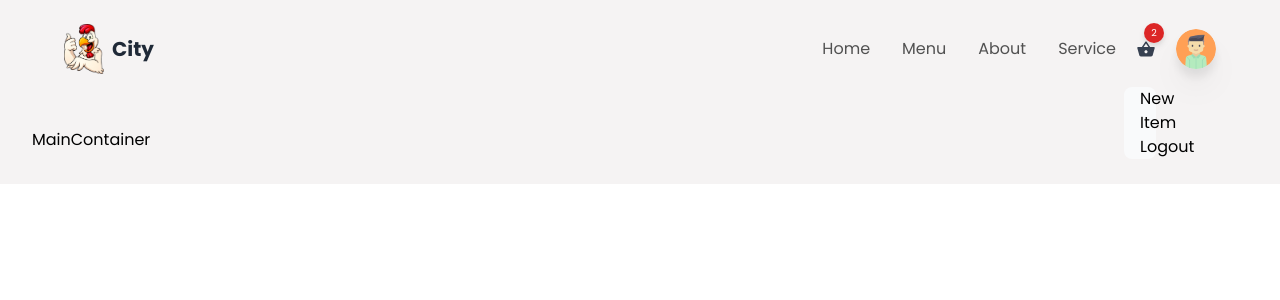
Repository: shikubro90/foodApp
Page: /
These files come from the project's save history. The page is drawn as it stood at one moment and after a run of saves; the edit follows.
The browser window is 1280 px wide. The pictures show the whole page.
The project was rebuilt for these pictures with package versions that can differ from the ones it lists, and the page was loaded fresh each time. Also part of the build but not shown: src/Components/CreateContainer.jsx.

Above is the page before, as saved 2022-09-21 19:16:22.

### src/index.js
import React from 'react'
import ReactDOM from 'react-dom/client'
import './index.css'
import App from './App'

import {BrowserRouter} from 'react-router-dom'

import {StateProvider} from './context/StateProvider'
import {initialState} from './context/InitialState'
import reducer from './context/reducer'

const root = ReactDOM.createRoot(document.getElementById('root'));
root.render(
  <React.StrictMode>
    <BrowserRouter>
      <StateProvider initialState={initialState} reducer={reducer}>
        <App />
      </StateProvider>
    </BrowserRouter>
  </React.StrictMode>
);

### src/index.css
@import url(https://fonts.googleapis.com/css?family=Poppins:100,100italic,200,200italic,300,300italic,regular,italic,500,500italic,600,600italic,700,700italic,800,800italic,900,900italic);

*{
    margin: 0;
    padding: 0;
    box-sizing: border-box;
}
body{
    font-family: "Poppins", sans-serif, system-ui, -apple-system, BlinkMacSystemFont, 'Segoe UI', Roboto, Oxygen, Ubuntu, Cantarell, 'Open Sans', 'Helvetica Neue', sans-serif;
}

html, body{
    scroll-behavior: smooth;
}

@tailwind base;
@tailwind components;
@tailwind utilities;

@layer components {
    .newDishCard {
      @apply w-225 h-auto p-4 rounded-2xl shadow-2xl duration-100 ease-in-out bg-cardColor backdrop-blur-md hover:shadow-none hover:bg-gradient-to-bl from-emerald-400 to-emerald-700 flex flex-col items-center justify-center relative;
    }
  }

### src/App.js
import React from 'react'
import { Header, CreateContainer, MainContainer } from './Components'
import {Route, Routes} from 'react-router-dom'
import {AnimatePresence} from 'framer-motion'

const App = () => {
  return (
    <AnimatePresence>
      <div className="w-screen h-auto flex flex-col bg-primary ">
          <Header/>
          <main className='mt-24 p-8 w-full'>
            <Routes>
              <Route path='/' element={<MainContainer/>}/>
              <Route path='create' element={<CreateContainer/>}/>
            </Routes>
          </main>
      </div>
    </AnimatePresence>
  )
}

export default App

### src/context/InitialState.js
import { fetchUser } from "../utils/localStorageData"

const userInfo = fetchUser()

export const initialState = {
    user: userInfo,


}

### src/context/reducer.js
export const actionType = {
    SET_USER : "SET_USER"
};

const reducer = (state, action) =>{
    switch (action.type) {
        case actionType.SET_USER:
          return {
            ...state,
            user: action.user,
          };
        default :
        return state;
    }
}

export default reducer;

### src/Components/index.js
export {default as Header} from './Header'
export {default as MainContainer} from './MainContainer'
export {default as CreateContainer} from './CreateContainer'

### src/utils/localStorageData.js
export const fetchUser =()=>{
    const userInfo = localStorage.getItem("user") !== "undefined" ?
    JSON.parse(localStorage.getItem("user")): localStorage.clear();

    return userInfo
}

### src/Components/Header.jsx
import logo from '../img/logo.png'
import { IoMdBasket } from 'react-icons/io'
import Avatar from '../img/avatar.png'
import { motion } from 'framer-motion'
import { Link, NavLink } from 'react-router-dom'

// firebase auth
import { getAuth, GoogleAuthProvider, signInWithPopup } from 'firebase/auth'

// get app from firebase.config.js file
import { app } from '../Firebase.config'
import { useStateValue } from '../context/StateProvider'
import { actionType } from '../context/reducer'


const Header = () => {

  const firebaseAuth = getAuth(app)
  const provider = new GoogleAuthProvider()
  const [{ user }, dispatch] = useStateValue();


  const login = async () => {
    if (!user){
      const {
        user: {refreshToken, providerData }
      } = await signInWithPopup(firebaseAuth, provider)
      dispatch({
        type: actionType.SET_USER,
        user: providerData[0],
      })
      localStorage.setItem("user", JSON.stringify(providerData[0]))
    }
  }


  return (
    <div className="fixed z-50 w-screen p-3 px-4 md:p-6 md:px-16 bg-primary">
      {/* Desktop & Tablet */}
      <div className="hidden md:flex w-full h-full items-center justify-between">
        <NavLink to={'/'}>
          <motion.div
            whileTap={{ scale: 0.6 }}
            className="flex items-center gap-2"
          >
            <img src={logo} alt="logo" className="w-10 object-cover" />
            <p className="text-gray-800 text-xl font-bold">City</p>
          </motion.div>
        </NavLink>

        <div className="flex justify-center items-center">
          <ul className="flex items-center justify-center gap-8 ml-auto">
            <li className="text-base text-textColor cursor-pointer hover:text-gray-600 duration-100 ease-in-out">
              Home
            </li>
            <li className="text-base text-textColor cursor-pointer hover:text-gray-600 duration-100 ease-in-out">
              Menu
            </li>
            <li className="text-base text-textColor cursor-pointer hover:text-gray-600 duration-100 ease-in-out">
              About
            </li>
            <li className="text-base text-textColor cursor-pointer hover:text-gray-600 duration-100 ease-in-out">
              Service
            </li>
          </ul>

          <div className="relative flex items-center justify-center ml-5 cursor-pointer">
            <motion.div whileTap={{ scale: 0.6 }}>
              <IoMdBasket className="text-xl text-gray-700" />
              <motion.span
                whileHover={{ scale: 1.1 }}
                className="drop-shadow-md rounded-full w-5 h-5 bg-cart bg-car bg-red-600 flex justify-center items-center text-[.6rem] text-white -top-4 -right-2 absolute"
              >
                2
              </motion.span>
            </motion.div>
            <div className='w-4 absolute bg-gray-50 right-0 top-12 rounded-lg flex flex-col px-4 py-'>
              <p>New Item</p>
              <p>Logout</p>
            </div>

          </div>

          <div className="relative">
            <Link to={'create'}>
              <motion.img
                whileTap={{ scale: 0.6 }}
                src={user ? user.photoURL : Avatar}
                alt=""
                className="w-6 h-6 min-w-[40px] min-h-[40px] ml-5 cursor-pointer drop-shadow-xl rounded-full"
                onClick={login}
              />
            </Link>
          </div>
        </div>
      </div>

      {/* Mobile */}
      <div className="flex md:hidden w-full h-full bg-blue-400">Mobile</div>
    </div>
  )
}

export default Header

### src/Firebase.config.js
import {getApp, getApps, initializeApp} from "firebase/app"
import {getFirestore} from "firebase/firestore"
import {getStorage} from "firebase/storage"

const firebaseConfig = {
    apiKey: "AIzaSyAGBeUhrzzT-68kroIN5G62mBqU-b-5so0",
    authDomain: "foodapp-6e162.firebaseapp.com",
    databaseURL: "https://foodapp-6e162-default-rtdb.firebaseio.com",
    projectId: "foodapp-6e162",
    storageBucket: "foodapp-6e162.appspot.com",
    messagingSenderId: "875229452645",
    appId: "1:875229452645:web:13552ebbe293467d7f698c"
  };

const app = getApps.length>0? getApp() : initializeApp(firebaseConfig);
const fireStore = getFirestore(app)
const storage = getStorage(app)

export {app, fireStore, storage}

### tailwind.config.js
/** @type {import('tailwindcss').Config} */
module.exports = {
  content: ['./src/**/*.{js,jsx,ts,tsx}'],
  theme: {
    extend: {
      width: {
        150: "150px",
        190: "190px",
        225: "225px",
        275: "275px",
        300: "300px",
        340: "340px",
        350: "350px",
        375: "375px",
        460: "460px",
        656: "656px",
        880: "880px",
        508: "508px",
      },
      height: {
        80: "80px",
        150: "150px",
        225: "225px",
        300: "300px",
        340: "340px",
        370: "370px",
        420: "420px",
        510: "510px",
        600: "600px",
        650: "650px",
        685: "685px",
        800: "800px",
        "90vh": "90vh",
      },
      minWidth: {
        210: "210px",
        350: "350px",
        620: "620px",
      },
      screens: {
        sm: "640px",
        md: "768px",
        lg: "1024px",
        xl: "1280px",
        "2xl": "1536px",
      },
      colors: {
        headingColor: "#2e2e2e",
        textColor: "#515151",
        cartNumBg: "#e80013",
        primary: "#f5f3f3",
        cardOverlay: "rgba(256,256,256,0.4)",
        lighttextGray: "#9ca0ab",
        card: "rgba(256,256,256,0.8)",
        cartBg: "#282a2c",
        cartItem: "#2e3033",
        cartTotal: "#343739",
      },
    },
  },
  plugins: [],
}

Loaded but not shown: src/context/StateProvider.js (common file); src/Components/MainContainer.jsx (common file)

After the next 2 saves:
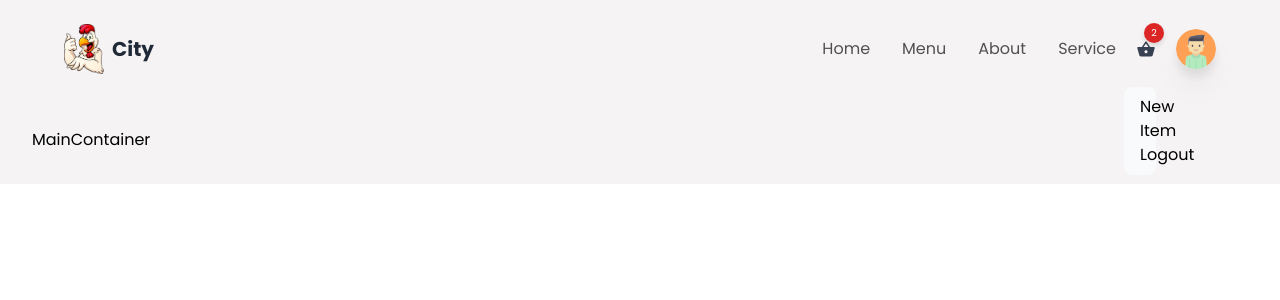
The 2 saves are shown as one change because they came seconds apart.
The last was saved 6 s later.
--- a/src/Components/Header.jsx
+++ b/src/Components/Header.jsx
@@ -74,7 +74,7 @@ const Header = () => {
                 2
               </motion.span>
             </motion.div>
-            <div className='w-4 absolute bg-gray-50 right-0 top-12 rounded-lg flex flex-col px-4 py-'>
+            <div className='w-4 absolute bg-gray-50 right-0 top-12 rounded-lg flex flex-col px-4 py-2'>
               <p>New Item</p>
               <p>Logout</p>
             </div>
